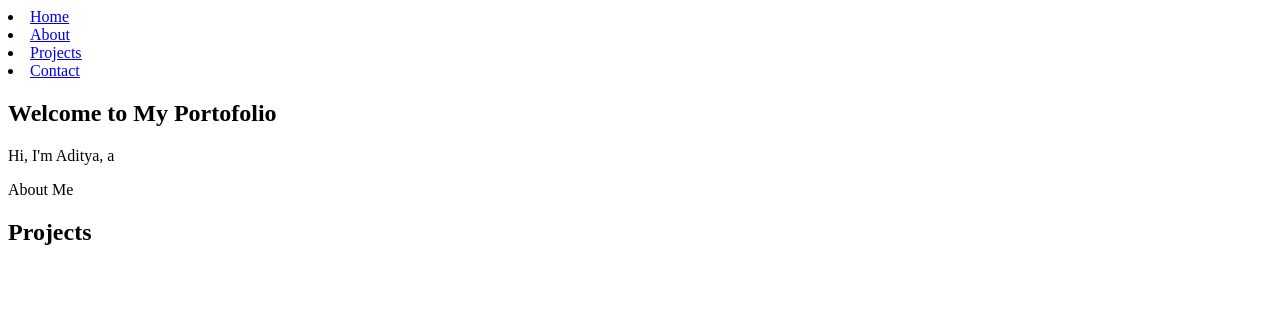
Repository: 4Kbrain/Portofolio
Page: index.html
These files come from the project's save history. The page is drawn as it stood at one moment and after a run of saves; the edit follows.
The browser window is 1280 px wide. The pictures show the whole page.

Above is the page before, as saved 2024-05-15 07:31:03.

After the next 2 saves:
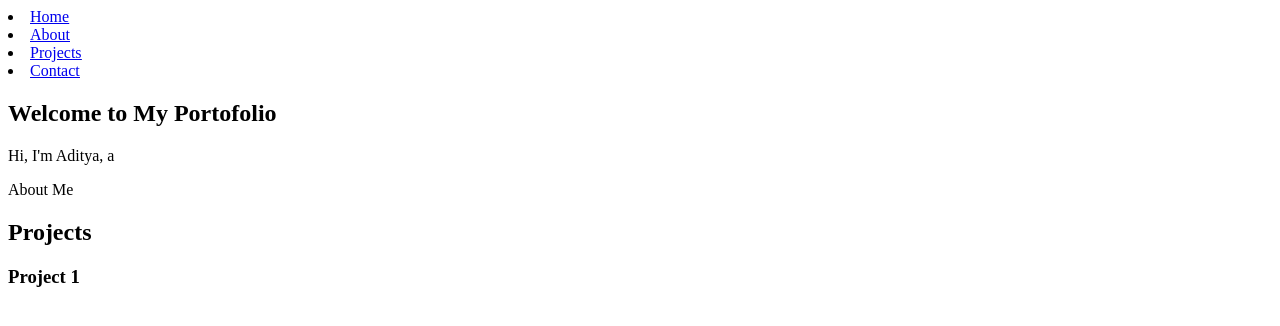
The 2 saves are shown as one change because they came seconds apart.
The last was saved 12 s later.
--- a/index.html
+++ b/index.html
@@ -30,6 +30,7 @@
 <section id="projects">
     <h2>Projects</h2>
     <div class="project">
+        <h3>Project 1</h3>
 
     </div>
 </section>
